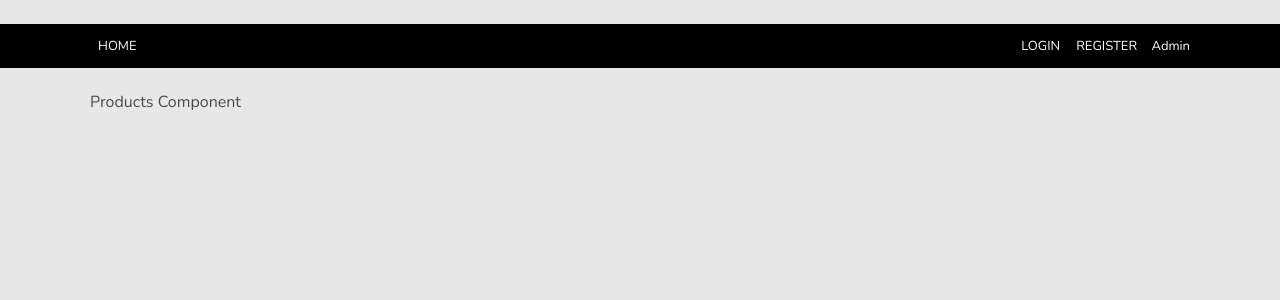
Repository: DraxZh/sneaker_shopping
Page: /
These files come from the project's save history. The page is drawn as it stood at one moment and after the next save; the edit follows.
The browser window is 1280 px wide. The pictures show the whole page.
The project was rebuilt for these pictures with package versions that can differ from the ones it lists, and the page was loaded fresh each time.

Above is the page before, as saved 2021-11-30 17:11:21.

### public/index.html
<!DOCTYPE html>
<html lang="en">
<head>
    <meta charset="UTF-8">
    <meta http-equiv="X-UA-Compatible" content="IE=edge">
    <meta name="viewport" content="width=device-width, initial-scale=1.0">
    <title>Sneaker Shopping</title>
    <link rel="stylesheet" href="https://cdn.jsdelivr.net/npm/bulma@0.9.3/css/bulma.min.css">
</head>
<body>
    <div id="root"></div>
</body>
</html>

### src/index.js
import React from 'react';
import ReactDom from 'react-dom';
import App from 'components/App';
import 'css/app.scss';
import 'css/style.scss';

ReactDom.render(<App/>, document.getElementById('root'));

### src/components/App.js
import React from 'react';
import Header from 'components/Header';
import Products from 'components/Products';

class App extends React.Component{

    render(){
        return(
            <div className="main">
                <img src="" alt="" className="shoe" />
                <Header nickname="Admin"/>
                <Products/>
            </div>
        )
    }
}

export default App;

### src/css/app.scss
@charset 'utf-8';

@import url('https://fonts.googleapis.com/css?family=Nunito:400,700');
$purple: #5400f0;
$pink: #ff506d;
$dark: rgb(43, 43, 43);
$beige-lighter: rgb(231, 231, 231);

//update global variable
$family-sans-serif: 'Nunito', sans-serif;
$primary: $purple;
$link: $pink;
$body-background-color:$beige-lighter;

@import '../../node_modules/bulma/bulma.sass';

### src/css/style.scss
// ------ Navbar component -----
body {
  overflow: hidden;
}
// ------------ Header component --------
.header {
  background-color: rgba(0, 0, 0, 1);
  width: 100%;
  height: 44px;
  color: #fff;
  font-size: 11px;
  line-height: 44px;
  .grid {
    max-width: 1100px;
    margin: auto;
    display: flex;
    justify-content: space-between;
    align-items: center;
    & a {
      display: inline-block;
      color: #fff;
      padding: 0 8px;
      transition: all 0.2s;
      text-transform: uppercase;
      font-size: 13px;
      &:hover {
        color: #ddd;
      }
    }
    .nickname {
      padding-left: 0.4rem;
      font-size: 13px;
      cursor: pointer;
      &:hover {
        color: #ddd;
      }
      i {
        margin-right: 4px;
      }
    }
  }
}

// ------------- NotFound Component -------------

.not-found {
  display: flex;
  justify-content: center;
  align-items: center;
  height: 100vh;
  font-size: 1.6rem;
  font-weight: 900;
}
// ------------- ToolBox Component -------------
.tool-box {
  max-width: 1100px;
  margin: auto;
  border-bottom: 3px solid #333;
  padding: 2rem 0.2rem 1.5rem 0.2rem;
  display: flex;
  justify-content: space-between;
  align-items: center;
  .logo-text {
    font-size: 2rem;
    color: #333;
    font-weight: 600;
    text-transform: uppercase;
  }
  .search-box {
    .search-input {
      width: 600px;
      outline: 0;
    }
  }
  .cart-box {
    cursor: pointer;
    display: inline-block;
    color: #333;
    font-size: 1.2rem;
    .cart-num {
      margin-left: 4px;
    }
  }
}

// --------- Panel component ------------
.panel-wrapper {
  position: relative;
  z-index: 99;
  .panel {
    transition: all 0.3s ease-in-out;
    transform: translateX(25rem);
  }
  &.active {
    .over-layer {
      display: block;
    }
    .panel {
      transform: translateX(0);
    }
  }
}

.over-layer {
  display: none;
  position: fixed;
  top: 0;
  bottom: 0;
  left: 0;
  right: 0;
  background: rgba(0, 0, 0, 0.4);
  z-index: 9;
}
.panel {
  width: 25rem;
  position: fixed;
  top: 0;
  bottom: 0;
  right: 0;
  background: #fff;
  box-shadow: -3px 0 3px rgba(0, 0, 0, 0.04);
  transform: translateX(25rem);
  transition: all 0.3s ease-in-out;
  z-index: 99;
  .head {
    padding: 0.5rem;
    text-align: right;
    .close {
      font-size: 24px;
      font-weight: 600;
      color: #333;
      cursor: pointer;
      line-height: 1;
      margin-right: 4px;
    }
  }
}

// ------- products component ---------

.products {
  max-width: 1100px;
  margin: auto;
  padding: 1.4rem 0;
  .add-btn {
    position: fixed;
    right: 0;
    top: 10rem;
    z-index: 99;
  }
}

.product-fade-enter {
  opacity: 0.1;
}
.product-fade-enter-active {
  opacity: 1;
  transition: all 0.3s ease-in;
}

.product-fade-exit {
  opacity: 1;
}
.product-fade-exit-active {
  opacity: 0.1;
  transition: all 0.3s ease-in;
}

// -------- product component -------

.product {
  width: 265px;
  background: #fff;
  padding: 1.5rem;
  .p-head {
    height: 1.2rem;
    .edit-btn {
      cursor: pointer;
      color: rgb(216, 215, 215);
    }
  }
  .p-content {
    .img-wrapper {
      position: relative;
      .out-stock-text {
        position: absolute;
        top: 0;
        bottom: 0;
        right: 0;
        left: 0;
        background: rgba(255, 255, 255, 0.85);
        display: flex;
        justify-content: center;
        align-items: center;
        color: rgb(199, 84, 18);
        z-index: -1;
        font-weight: 800;
        font-size: 16px;
        text-transform: uppercase;
      }
      img {
        max-width: 100%;
        height: auto;
      }
    }
    .p-tags {
      margin-top: 0.5rem;
      color: rgb(165, 165, 165);
      font-size: 13px;
      padding: 8px 0;
      height: 2rem;
      overflow: hidden;
      text-overflow: ellipsis;
      white-space: nowrap;
    }
    .p-name {
      font-size: 14px;
      color: #333;
      font-weight: 500;
      display: -webkit-box !important;
      overflow: hidden;
      text-overflow: ellipsis;
      word-break: break-all;
      -webkit-box-orient: vertical;
      -webkit-line-clamp: 2;
      height: 2.5rem;
      &:hover {
        color: rgb(38, 99, 190);
      }
    }
  }
  .p-footer {
    display: flex;
    justify-content: space-between;
    align-items: center;
    margin-top: 8px;
    .price {
      color: #333;
      font-weight: 600;
      // &::before {
      //   content: '￥';
      //   font-size: 12px;
      // }
    }
    .add-cart {
      outline: none;
      border: none;
      padding: 0;
      background-color: #eee;
      width: 2rem;
      height: 2rem;
      border-radius: 50%;
      color: rgb(143, 140, 140);
      cursor: pointer;
      transition: all 0.2s;
      &:hover {
        background-color: #333;
        color: #fff;
      }
      &:active {
        background-color: rgb(10, 88, 133);
        color: #fff;
      }
      i {
        transform: translateX(-8%);
      }
      i:last-child {
        display: none;
      }
      &:disabled {
        cursor: not-allowed;
        background-color: #f9f9f9;
        color: rgb(199, 84, 18);
      }
      &:disabled > i:first-child {
        display: none;
      }
      &:disabled > i:last-child {
        display: inline !important;
      }
    }
  }
}
.out-stock {
  .out-stock-text {
    z-index: 1 !important;
  }
}

// ------------ cart component --------
.cart-page {
  max-width: 1100px;
  margin: auto;
  margin-top: 1rem;
  padding: 1rem;
  .cart-title {
    color: #333;
    font-weight: 500;
    font-size: 18px;
    border-bottom: 2px solid #333;
  }
  .cart-list {
    margin-top: 2rem;
    padding: 0rem 1rem;
    background: #fff;
    color: #333;
    .close {
      font-weight: 800;
      display: block;
      padding: 0 8px;
      cursor: pointer;
    }
    .cart-name {
      width: 400px;
      overflow: hidden;
      text-overflow: ellipsis;
      white-space: nowrap;
    }
    .num-input {
      border: 2px solid rgb(212, 210, 210);
      border-radius: 0;
      width: 100px;
      font-size: 14px;
    }
    .price {
      font-weight: 600;
      // &::before {
      //   content: '￥';
      //   font-size: 12px;
      //   margin-right: 2px;
      // }
    }
    .sum-price {
      font-weight: 600;
      color: rgb(214, 111, 111);
      // &::before {
      //   content: '￥';
      //   font-size: 12px;
      //   margin-right: 2px;
      // }
    }
    & td {
      vertical-align: middle;
    }
  }
  .no-cart {
    padding: 1.5rem;
    background: #fff;
    text-align: center;
    margin-top: 1.5rem;
  }
  .cart-total {
    margin-top: 1.5rem;
    text-align: right;
    color: #333;
    .total-price {
      margin-left: 8px;
      font-size: 20px;
      font-weight: 600;
      color: rgb(214, 111, 111);
      // &::before {
      //   content: '￥';
      //   font-size: 16px;
      // }
    }
  }
}
.cart-item-enter {
  opacity: 0.1;
  transition: all 0.3s ease-in;
}
.cart-item-enter.cart-item-enter-active {
  opacity: 1;
}
.cart-item-exit {
  opacity: 1;
  transition: all 0.3s ease-in;
}
.cart-item-exit.cart-item-exit-active {
  opacity: 0.1;
}

// ---------- Inventory Component --------
.inventory {
  padding: 1rem 2rem;
}

// ----------- User Profile Components -------
.user-profile {
  padding: 1rem 2rem;
}

// --------- Login Page --------------
.login-wrapper {
  display: flex;
  justify-content: center;
  align-items: center;
  height: 100vh;
  .login-box {
    width: 350px;
    padding: 1.5rem 1.5rem 2rem 1.5rem;
  }
}

// --------- response ----------------
@media screen and (max-width: 768px) {
  .product {
    width: 100%;
  }
  .panel {
    width: 100%;
  }
  .products {
    padding: 0;
  }
  .tool-box {
    padding: 1.5rem 1rem;
  }
  .tool-box > .search-box {
    display: none;
  }
  .cart-name {
    width: auto !important;
    white-space: normal !important;
  }
  .login-box {
    width: 100%;
  }
}

### src/components/Header.js
import React from 'react';

class Header extends React.Component{
    render(){
        return(
            <div className="header">
                <div className="grid">
                    <div className="start">
                        <a href="/">Home</a>
                    </div>
                    <div className="end">
                        <a href="/">Login</a>
                        <a href="/">Register</a>
                        <span className="nickname">
                            {this.props.nickname}
                        </span>
                    </div>
                </div>
            </div>
        )
    }
}

export default Header;

### src/components/Products.js
import React from 'react';

class Products extends React.Component{
    render(){
        return(
            <div className="products">
                <p>Products Component</p>
            </div>
        )
    }
}

export default Products;

After the next save:
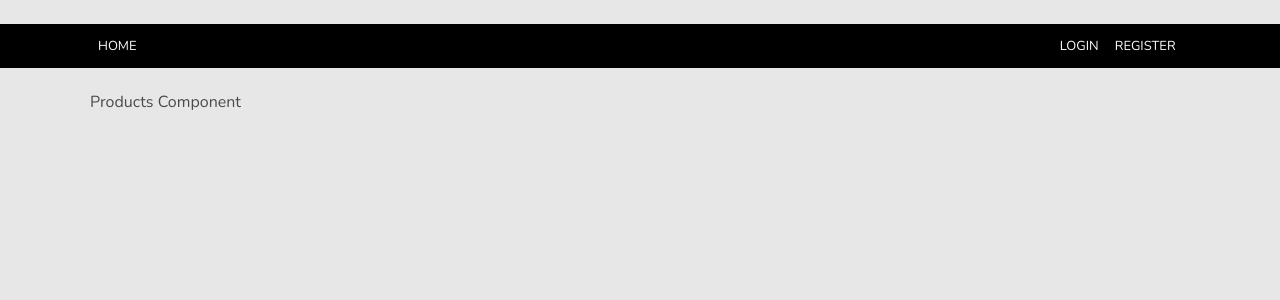
Saved 2 min 28 s later.
--- a/src/components/App.js
+++ b/src/components/App.js
@@ -8,7 +8,7 @@
         return(
             <div className="main">
                 <img src="" alt="" className="shoe" />
-                <Header nickname="Admin"/>
+                <Header/>
                 <Products/>
             </div>
         )
